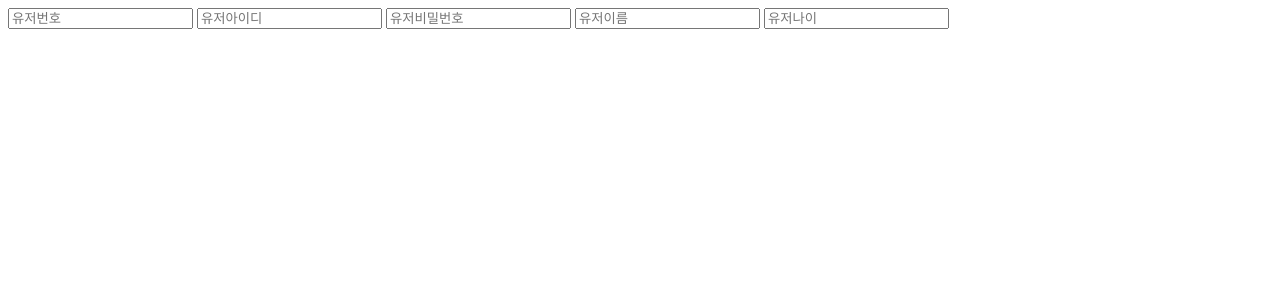
Repository: poiup/Spring
Page: http://localhost/SpringBasic/userInfo
The author's editor kept a copy of each file at every save. The page is drawn from the files as they stood at one save, then again after the next save.
The browser window is 1280 px wide. The pictures show the whole page.
The page is served by Tomcat 9. Other server files are loaded and not shown.

Above is the page before, as saved 2022-03-31 05:46:28.

### SpringBasic/src/main/webapp/WEB-INF/views/userform.jsp
<%@ page language="java" contentType="text/html; charset=UTF-8"
    pageEncoding="UTF-8"%>
<!DOCTYPE html>
<html>
<head>
<meta charset="UTF-8">
<title>Insert title here</title>
</head>
<body>
	<form action="/userInfo" method="post">
		<input type="number" name="userNum" placeholder="유저번호">
		<input type="text" name="userId" placeholder="유저아이디">
		<input type="password" name="userPw" placeholder="유저비밀번호">
		<input type="text" name="userName" placeholder="유저이름">
		<input type="number" name="userAge" placeholder="유저나이">
	</form>
</body>
</html>

After the next save:
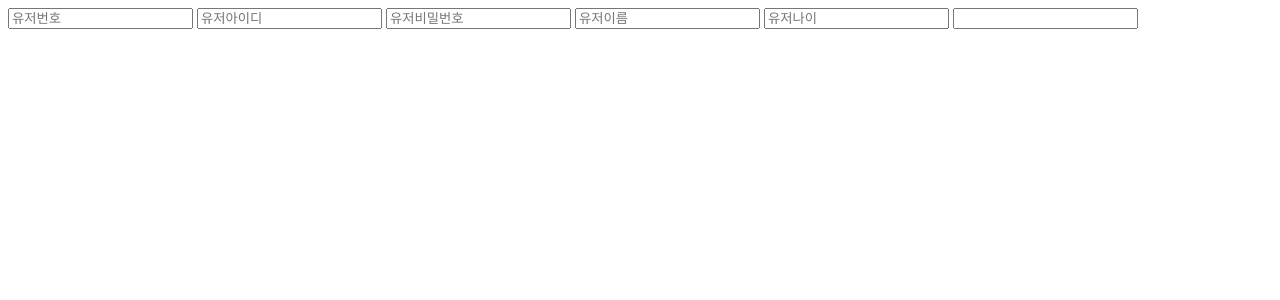
Saved 26 s later.
--- a/SpringBasic/src/main/webapp/WEB-INF/views/userform.jsp
+++ b/SpringBasic/src/main/webapp/WEB-INF/views/userform.jsp
@@ -13,6 +13,7 @@
 		<input type="password" name="userPw" placeholder="유저비밀번호">
 		<input type="text" name="userName" placeholder="유저이름">
 		<input type="number" name="userAge" placeholder="유저나이">
+		<input typ="submit">
 	</form>
 </body>
 </html>
